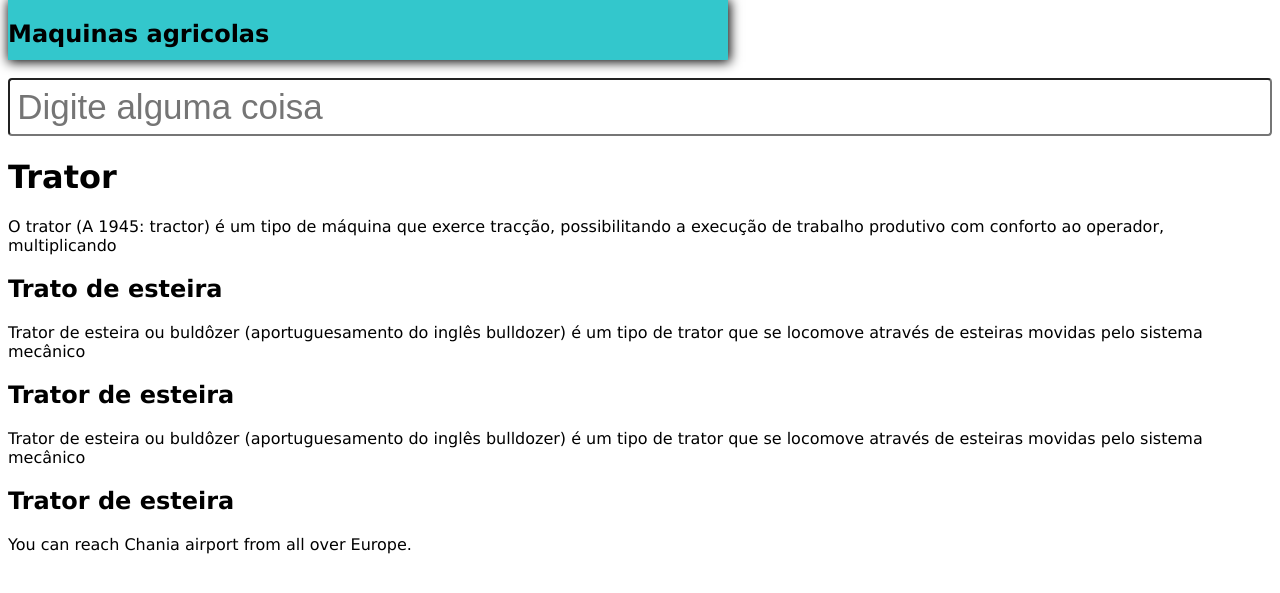
Repository: ecrseer/pesquisa-carros-html
Page: news.html
An editor plug-in stored every save of this project. The page is shown before and after the next save, followed by the edit.
The browser window is 1280 px wide. The pictures show the whole page.

Above is the page before, as saved 2022-01-21 16:31:40.

### news.html
<!doctype html>

<html lang="pt-br">
  <html lang="pt-br">
    <head>
        <meta charset="UTF-8"/>
        <meta name="viewport" content="width=device-width,
        initial-scale=1.0"/>
        <meta http-equiv="X-UA-Compatible" content="ie=edge">
        <title>Vendarro LTDA</title>

  <link rel="stylesheet" href="news.css">

</head>

<body>
    <nav class="header">
        <h1>Maquinas agricolas</h1>

      </nav>
      <div class="">
        <div class="espaco"></div>
        <div class="row">
               <input type="text" class="maxwidth borda-redonda" placeholder="Digite alguma coisa">
        </div>


        <div  >
          <h1>Trator</h1>
          <p>O trator (A 1945: tractor) é um tipo de máquina que exerce tracção, possibilitando a execução de trabalho produtivo com conforto ao operador, multiplicando </p>
        </div>

        <div class="col-3 col-s-12">
          <div class="aside">
            <h2>Trato de esteira</h2>
            <p>Trator de esteira ou buldôzer (aportuguesamento do inglês bulldozer) é um tipo de trator que se locomove através de esteiras movidas pelo sistema mecânico</p>
            <h2>Trator de esteira</h2>
            <p>Trator de esteira ou buldôzer (aportuguesamento do inglês bulldozer) é um tipo de trator que se locomove através de esteiras movidas pelo sistema mecânico</p>
            <h2>Trator de esteira</h2>
            <p>You can reach Chania airport from all over Europe.</p>

          </div>
        </div>


      </div>

  <script src="scripts.js"></script>

</body>
</html>

### news.css
* {
    box-sizing: border-box;
    --topbar-altura:60px;
  }

  html {
    font-family: "Lucida Sans", sans-serif;
  }
  .espaco{
    height: calc(var(--topbar-altura) + 10px);
  }
  .maxwidth{
    width: 100%;
  }
  .borda-redonda{
    border-radius: 4px;
  }
  input{
    padding: 1vh;
    font-size: 35px;
  }

  .header {
    background-color: #33c7cc;
    position: fixed;
    top:0;
    width: 100vh;
    max-height: var(--topbar-altura);
    box-shadow: 1px 1px 11px 1px;
  }

### scripts.js
function recurs(nmbr){

    if (nmbr==1)
    return 1;
    else
    arr.push(3*recurs(nmbr-1));
}

let
    isWhite = false,
    arr=[];
    let
    fixo=new Array(5);

    fixo[0]='E';
    fixo[4]='S';
    console.log(fixo);


function changeTheme(){
    isWhite ? document.querySelector("body").style.backgroundColor='#010101' :
    document.querySelector("body").style.backgroundColor='#fff';

    isWhite= !isWhite;

    function hapn(){
        console.log('data');
    }

    console.log(arr);
}

After the next save:
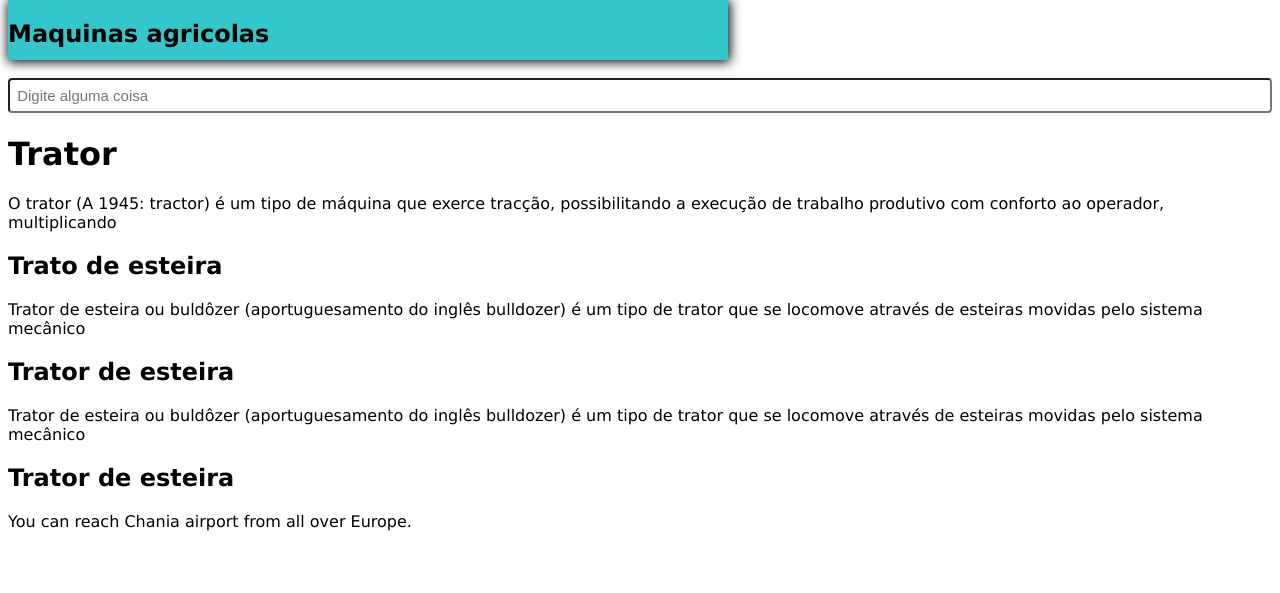
Saved 8 s later.
--- a/news.css
+++ b/news.css
@@ -17,7 +17,7 @@
   }
   input{
     padding: 1vh;
-    font-size: 35px;
+    font-size: 15px;
   }
 
   .header {
